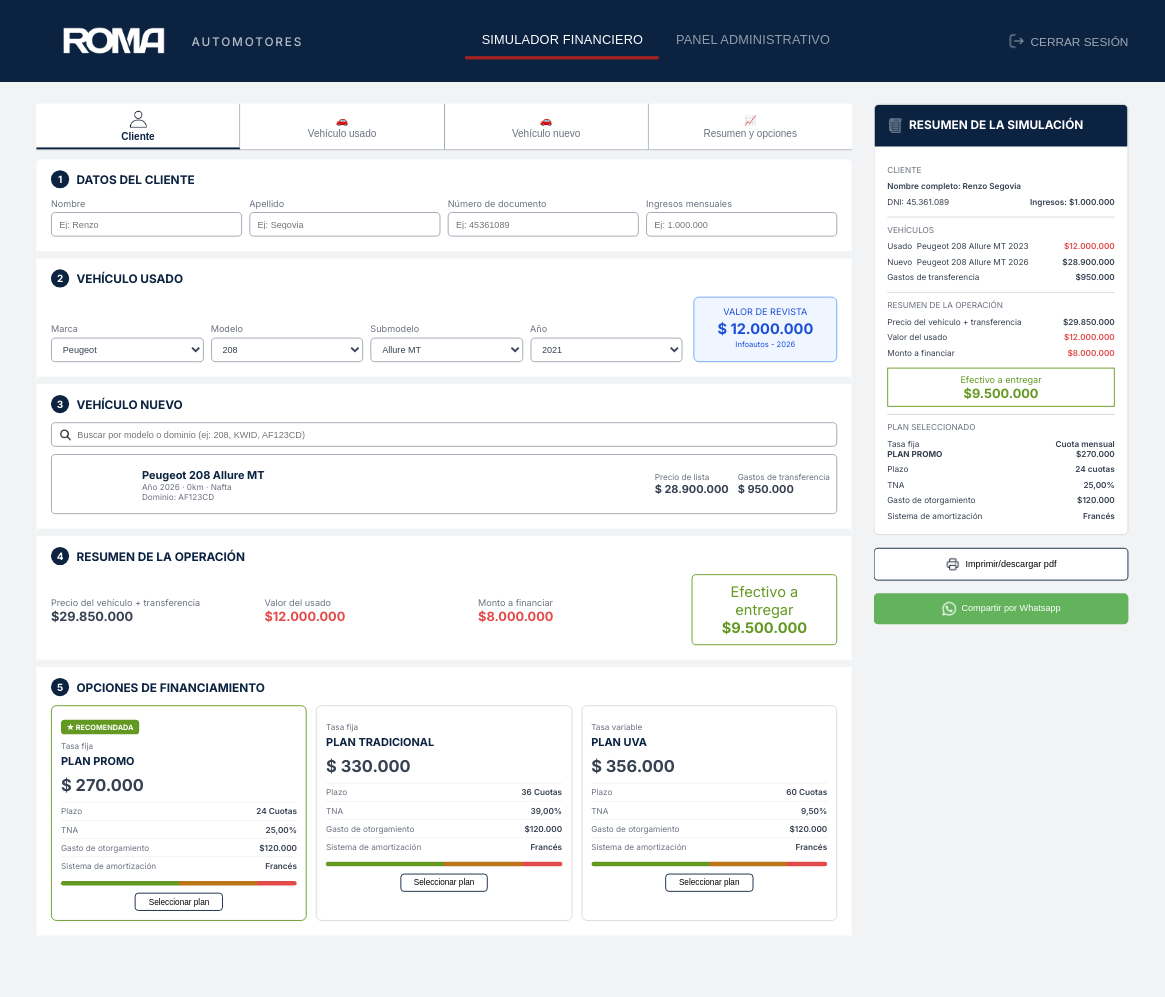
Repository: PPIII-9-012/Roma-System
Page: public/index.html
These files come from the project's save history. The page is drawn as it stood at one moment and after the next save; the edit follows.
The browser window is 1280 px wide. The pictures show the whole page, at 91% of full size.
The pointer rests on the first visible `.navbar-link.active`.

Above is the page before, as saved 2026-08-22 16:49:35.

### public/index.html
<!DOCTYPE html>
<html lang="es">
<head>
    <meta charset="UTF-8">
    <meta name="viewport" content="width=device-width, initial-scale=1.0">
    <title>Simulador Financiero — Roma Automotores</title>
    <link rel="preconnect" href="https://fonts.googleapis.com">
    <link href="https://fonts.googleapis.com/css2?family=Inter:wght@400;500;600;700&display=swap" rel="stylesheet">
    <style>
        * {
            box-sizing: border-box;
            margin: 0;
            padding: 0;
        }
        body {
            font-family: 'Inter', system-ui, sans-serif;
        }
        .navbar {
            height: 90px;
            background: #0B2341;
            color: #FFFFFF;
            display: flex;
            align-items: center;
            justify-content: space-between;
            padding: 0 40px;
            position: sticky;
            top: 0;
            z-index: 50;
        }
        .navbar-left,
        .navbar-links,
        .navbar-logout {
            display: flex;
            align-items: center;
        }
        .navbar-left {
            gap: 14px;
        }
        .navbar-links {
            gap: 36px;
        }
        .navbar-logo {
            width: auto;
            height: 70px;
            display: block;
        }
        .navbar-brand {
            font-size: 13px;
            opacity: .7;
            letter-spacing: 2px;
            font-weight: 500;
        }
        .navbar-brand,
        .navbar-link,
        .navbar-logout {
            color: #FFFFFF;
        }
        .navbar-link {
            font-size: 14px;
            opacity: .55;
            text-decoration: none;
            padding-bottom: 4px;
            letter-spacing: .2px;
            transition: opacity .15s;
            position: relative;
        }
        .navbar-link:hover {
            opacity: .85;
        }
        .navbar-link.active {
            opacity: 1;
            transition: all 0.3s ease;
        }
        .navbar-link.active::after {
            content: "";
            position: absolute;
            left: 0;
            right: 0;
            bottom: -10px;
            height: 3px;
            background: #a52222;
            transform: scale(1.2)
        }
        .navbar-link.active:hover::after {
            transform: scale(1.2);
        }
        .navbar-logout {
            font-size: 13px;
            opacity: .6;
        }
        .navbar-logout:hover {
            opacity: 1;
        }
        .navbar-link,
        .navbar-logout {
            background: transparent;
            border: 0;
            cursor: pointer;
        }
        .navbar-logout {
            gap: 6px;
        }
        .logout-logo {
            width: auto;
            height: 18px;
            display: block;
        }
        body {
            background: #F1F3F4;
            color: #374151;
        }
        .app {
            display: flex;
            max-width: 1440px;
            margin: 0 auto;
            align-items: flex-start;
        }
        .main-col {
            flex: 1;
            min-width: 0;
            padding: 24px 24px 60px 40px;
        }
        .side-col {
            width: 320px;
            flex-shrink: 0;
            padding: 24px 40px 60px 0;
            position: sticky;
            top: 90px;
        }
        .progress-tabs {
            background: #FFFFFF;
            display: flex;
            border-bottom: 1px solid #9CA3AF;
            margin-bottom: 10px;
        }
        .progress-tab {
            flex: 1;
            min-width: 0;
            min-height: 50px;
            display: flex;
            flex-direction: column;
            align-items: center;
            justify-content: center;
            gap: 2px;
            padding: 5px 8px;
            background: #FFFFFF;
            border: 0;
            border-right: 1px solid #9CA3AF;
            color: #6B7280;
            cursor: pointer;
            font-size: 11px;
        }
        .progress-tab:last-child { border-right: 0; }
        .progress-tab.active { color: #0B2341; font-weight: 600; border-bottom: 2px solid #0B2341; }
        .progress-tab img { height: 22px; width: auto; }
        .form-card, .summary-card {
            background: #FFFFFF;
            border-radius: 6px;
            overflow: hidden;
        }
        .form-section {
            padding: 12px 16px 16px;
            border-bottom: 8px solid #F1F3F4;
        }
        .form-section-head {
            display: flex;
            align-items: center;
            gap: 8px;
            margin-bottom: 10px;
        }
        .form-section-num {
            width: 20px;
            height: 20px;
            border-radius: 50%;
            background: #0B2341;
            color: #FFFFFF;
            display: grid;
            place-items: center;
            font-size: 11px;
            font-weight: 700;
        }
        .form-section-title { color: #0B2341; font-size: 13px; font-weight: 700; }
        .field-row, .used-fields { display: grid; grid-template-columns: repeat(4, minmax(0, 1fr)); gap: 8px; }
        .field { display: flex; flex-direction: column; gap: 4px; min-width: 0; }
        .field label { font-size: 10px; color: #6B7280; }
        .field input, .field select, .search-input {
            width: 100%;
            height: 27px;
            padding: 4px 8px;
            border: 1px solid #9CA3AF;
            border-radius: 5px;
            background: #FFFFFF;
            color: #374151;
            font-size: 10px;
        }
        .search-input {
            padding-left: 28px;
            background-image: url('buscar.png');
            background-repeat: no-repeat;
            background-position: 8px center;
            background-size: 14px 14px;
        }
        .used-layout { display: grid; grid-template-columns: 1fr 158px; gap: 12px; align-items: end; }
        .infoauto-box { background: #EFF6FF; border: 1px solid #70A5F8; border-radius: 6px; min-height: 72px; padding: 9px; text-align: center; color: #1D4ED8; font-size: 10px; }
        .infoauto-value { display: block; font-size: 16px; font-weight: 700; margin-top: 3px; }
        .search-wrap { position: relative; margin-bottom: 8px; }
        .new-car-card { display: grid; grid-template-columns: 82px 1fr auto auto; gap: 10px; align-items: center; border: 1px solid #9CA3AF; border-radius: 5px; padding: 7px; }
        .car-photo { width: 82px; height: 50px; object-fit: contain; }
        .car-name { font-size: 12px; font-weight: 700; color: #0B2341; }
        .car-meta, .price-label { font-size: 9px; color: #6B7280; }
        .price-value { font-size: 12px; font-weight: 700; color: #374151; }
        .op-grid { display: grid; grid-template-columns: repeat(3, 1fr) 160px; gap: 12px; align-items: center; }
        .op-label { font-size: 10px; color: #6B7280; }
        .op-value { font-size: 14px; font-weight: 700; }
        .negative { color: #E24B4A; }
        .cash-box { border: 1px solid #639922; border-radius: 5px; padding: 8px; text-align: center; color: #639922; }
        .cash-box strong { display: block; font-size: 16px; }
        .plans-grid { display: grid; grid-template-columns: repeat(3, 1fr); gap: 10px; }
        .plan-card { border: 1px solid #D9D9D9; border-radius: 6px; padding: 10px; min-width: 0; }
        .plan-card:first-child { border-color: #639922; transition: transform 0.3s ease, filter 0.4s ease; }
        .plan-badge { display: inline-block; background: #639922; color: #FFFFFF; border-radius: 4px; padding: 3px 6px; font-size: 8px; font-weight: 700; }
        .plan-type { color: #6B7280; font-size: 9px; margin-top: 7px; }
        .plan-name { color: #0B2341; font-size: 12px; font-weight: 700; margin: 4px 0 8px; }
        .plan-price { color: #374151; font-size: 18px; font-weight: 700; margin-bottom: 8px; }
        .plan-row { display: flex; justify-content: space-between; border-top: 1px solid #F1F3F4; padding: 4px 0; font-size: 9px; }
        .plan-row span:first-child { color: #6B7280; }
        .plan-row span:last-child { font-weight: 600; }
        .rci { height: 5px; margin: 7px 0 3px; background: linear-gradient(to right, #639922 50%, #BA7517 50% 83%, #E24B4A 83%); border-radius: 4px; }
        .plan-button { display: block; margin: 8px auto 0; padding: 4px 14px; border: 1px solid #0B2341; background: #FFFFFF; border-radius: 4px; font-size: 9px; }
        .summary-card { border: 1px solid #D9D9D9; }
        .summary-head { background: #0B2341; color: #FFFFFF; padding: 14px; font-size: 13px; font-weight: 700; }
        .summary-logo {
            width: auto;
            height: 18px;
            vertical-align: middle;
            margin-right: 6px;
        }
        .summary-body { padding: 12px 14px; }
        .summary-title { color: #6B7280; font-size: 9px; text-transform: uppercase; margin: 8px 0 4px; }
        .summary-row { display: flex; justify-content: space-between; gap: 8px; padding: 3px 0; font-size: 9px; }
        .summary-row span:last-child { font-weight: 600; text-align: right; }
        .summary-divider { border: 0; border-top: 1px solid #D9D9D9; margin: 8px 0; }
        .summary-cash { border: 1px solid #639922; color: #639922; text-align: center; padding: 6px; margin-top: 8px; font-size: 10px; }
        .summary-cash strong { display: block; font-size: 14px; }
        .side-action { width: 100%; margin-top: 14px; padding: 9px; border: 1px solid #0B2341; border-radius: 5px; background: #FFFFFF; font-size: 10px; transition: transform 0.3s ease, filter 0.4s ease; }
        .print-logo {
            width: auto;
            height: 16px;
            vertical-align: middle;
            margin-right: 6px;
        }
        .side-action:hover {
            transition: width 0.3s ease;
            transform: scale(1.1);
            filter: brightness(0.9);
        }
        .whatsapp-logo {
            width: auto;
            height: 16px;
            vertical-align: middle;
            margin-right: 6px;
        }
        .side-action.whatsapp { background: #63B35C; color: #FFFFFF; border: 0; }
        .cliente-logo {
            width: auto;
            height: 20px;
            display: block;
        }
        .plan-card:hover {
            transform: scale(1.2);
        }
        @media (max-width: 900px) {
            .navbar {
                height: auto;
                min-height: 90px;
                flex-wrap: wrap;
                gap: 14px 20px;
                padding: 14px 24px;
            }
            .navbar-links {
                order: 3;
                width: 100%;
                justify-content: center;
            }
            .navbar-link.active {
                padding-bottom: 4px;
            }
            .navbar-link.active::after {
                bottom: -4px;
            }
            .app { flex-direction: column; }
            .main-col, .side-col { width: 100%; padding: 16px 24px 24px; }
            .side-col { position: static; }
        }
        @media (max-width: 560px) {
            .navbar {
                align-items: center;
                padding: 12px 16px;
            }
            .navbar-logo {
                height: 50px;
            }
            .navbar-brand {
                font-size: 11px;
                letter-spacing: 1px;
            }
            .navbar-links {
                gap: 12px;
            }
            .navbar-link {
                font-size: 11px;
                letter-spacing: 0;
                text-align: center;
            }
            .navbar-logout {
                font-size: 11px;
            }
            .logout-logo {
                height: 16px;
            }
            .main-col, .side-col { padding: 12px 16px 20px; }
            .field-row, .used-fields, .plans-grid { grid-template-columns: 1fr; }
            .used-layout, .op-grid { grid-template-columns: 1fr; }
            .new-car-card { grid-template-columns: 64px 1fr; }
            .car-photo { width: 64px; }
        }

</style>
</head>
<body>
<div class="navbar">
    <div class="navbar-left">
        <img class="navbar-logo" src="logotiporoma.png" alt="Roma">
        <span class="navbar-brand">AUTOMOTORES</span>
    </div>
    <div class="navbar-links">
        <button class="navbar-link active" type="button">SIMULADOR FINANCIERO</button>
        <button class="navbar-link" type="button" id="panelAdmimBtn">PANEL ADMINISTRATIVO</button>
    </div>
    <button class="navbar-logout" type="button" id="logoutBtn">
        <img class="logout-logo" src="cerrarsesion.png" alt="">
        <span>CERRAR SESIÓN</span>
    </button>
</div>

<div class="app">
    <div class="main-col">
        <div class="progress-tabs">
            <button class="progress-tab active" data-target="sec-cliente"><img src="cliente.png" alt=""><span>Cliente</span></button>
            <button class="progress-tab" data-target="sec-usado"><span>🚗</span><span>Vehículo usado</span></button>
            <button class="progress-tab" data-target="sec-nuevo"><span>🚗</span><span>Vehículo nuevo</span></button>
            <button class="progress-tab" data-target="sec-opciones"><span>📈</span><span>Resumen y opciones</span></button>
        </div>
        <div class="form-card">
            <section class="form-section" id="sec-cliente">
                <div class="form-section-head"><span class="form-section-num">1</span><span class="form-section-title">DATOS DEL CLIENTE</span></div>
                <div class="field-row">
                    <div class="field"><label>Nombre</label><input placeholder="Ej: Renzo"></div>
                    <div class="field"><label>Apellido</label><input placeholder="Ej: Segovia"></div>
                    <div class="field"><label>Número de documento</label><input placeholder="Ej: 45361089"></div>
                    <div class="field"><label>Ingresos mensuales</label><input placeholder="Ej: 1.000.000"></div>
                </div>
            </section>
            <section class="form-section" id="sec-usado">
                <div class="form-section-head"><span class="form-section-num">2</span><span class="form-section-title">VEHÍCULO USADO</span></div>
                <div class="used-layout">
                    <div class="used-fields">
                        <div class="field"><label>Marca</label><select><option>Peugeot</option></select></div>
                        <div class="field"><label>Modelo</label><select><option>208</option></select></div>
                        <div class="field"><label>Submodelo</label><select><option>Allure MT</option></select></div>
                        <div class="field"><label>Año</label><select><option>2021</option></select></div>
                    </div>
                    <div class="infoauto-box">VALOR DE REVISTA<strong class="infoauto-value">$ 12.000.000</strong><small>Infoautos - 2026</small></div>
                </div>
            </section>
            <section class="form-section" id="sec-nuevo">
                <div class="form-section-head"><span class="form-section-num">3</span><span class="form-section-title">VEHÍCULO NUEVO</span></div>
                <div class="search-wrap"><input class="search-input" placeholder="Buscar por modelo o dominio (ej: 208, KWID, AF123CD)"></div>
                <div class="new-car-card">
                    <img class="car-photo" src="logotiporoma.png" alt="Vehículo">
                    <div><div class="car-name">Peugeot 208 Allure MT</div><div class="car-meta">Año 2026 · 0km · Nafta<br>Dominio: AF123CD</div></div>
                    <div><div class="price-label">Precio de lista</div><div class="price-value">$ 28.900.000</div></div>
                    <div><div class="price-label">Gastos de transferencia</div><div class="price-value">$ 950.000</div></div>
                </div>
            </section>
            <section class="form-section" id="sec-opciones">
                <div class="form-section-head"><span class="form-section-num">4</span><span class="form-section-title">RESUMEN DE LA OPERACIÓN</span></div>
                <div class="op-grid">
                    <div><div class="op-label">Precio del vehículo + transferencia</div><div class="op-value">$29.850.000</div></div>
                    <div><div class="op-label">Valor del usado</div><div class="op-value negative">$12.000.000</div></div>
                    <div><div class="op-label">Monto a financiar</div><div class="op-value negative">$8.000.000</div></div>
                    <div class="cash-box">Efectivo a entregar<strong>$9.500.000</strong></div>
                </div>
            </section>
            <section class="form-section">
                <div class="form-section-head"><span class="form-section-num">5</span><span class="form-section-title">OPCIONES DE FINANCIAMIENTO</span></div>
                <div class="plans-grid">
                    <div class="plan-card"><span class="plan-badge">★ RECOMENDADA</span><div class="plan-type">Tasa fija</div><div class="plan-name">PLAN PROMO</div><div class="plan-price">$ 270.000</div><div class="plan-row"><span>Plazo</span><span>24 Cuotas</span></div><div class="plan-row"><span>TNA</span><span>25,00%</span></div><div class="plan-row"><span>Gasto de otorgamiento</span><span>$120.000</span></div><div class="plan-row"><span>Sistema de amortización</span><span>Francés</span></div><div class="rci"></div><button class="plan-button">Seleccionar plan</button></div>
                    <div class="plan-card"><div class="plan-type">Tasa fija</div><div class="plan-name">PLAN TRADICIONAL</div><div class="plan-price">$ 330.000</div><div class="plan-row"><span>Plazo</span><span>36 Cuotas</span></div><div class="plan-row"><span>TNA</span><span>39,00%</span></div><div class="plan-row"><span>Gasto de otorgamiento</span><span>$120.000</span></div><div class="plan-row"><span>Sistema de amortización</span><span>Francés</span></div><div class="rci"></div><button class="plan-button">Seleccionar plan</button></div>
                    <div class="plan-card"><div class="plan-type">Tasa variable</div><div class="plan-name">PLAN UVA</div><div class="plan-price">$ 356.000</div><div class="plan-row"><span>Plazo</span><span>60 Cuotas</span></div><div class="plan-row"><span>TNA</span><span>9,50%</span></div><div class="plan-row"><span>Gasto de otorgamiento</span><span>$120.000</span></div><div class="plan-row"><span>Sistema de amortización</span><span>Francés</span></div><div class="rci"></div><button class="plan-button">Seleccionar plan</button></div>
                </div>
            </section>
        </div>
    </div>
    <aside class="side-col">
        <div class="summary-card"><div class="summary-head"><img class="summary-logo" src="resumen.png" alt="">RESUMEN DE LA SIMULACIÓN</div><div class="summary-body">
            <div class="summary-title">Cliente</div><div class="summary-row"><span>Nombre completo: Renzo Segovia</span></div><div class="summary-row"><span>DNI: 45.361.089</span><span>Ingresos: $1.000.000</span></div><hr class="summary-divider">
            <div class="summary-title">Vehículos</div><div class="summary-row"><span>Usado&nbsp; Peugeot 208 Allure MT 2023</span><span class="negative">$12.000.000</span></div><div class="summary-row"><span>Nuevo&nbsp; Peugeot 208 Allure MT 2026</span><span>$28.900.000</span></div><div class="summary-row"><span>Gastos de transferencia</span><span>$950.000</span></div><hr class="summary-divider">
            <div class="summary-title">Resumen de la operación</div><div class="summary-row"><span>Precio del vehículo + transferencia</span><span>$29.850.000</span></div><div class="summary-row"><span>Valor del usado</span><span class="negative">$12.000.000</span></div><div class="summary-row"><span>Monto a financiar</span><span class="negative">$8.000.000</span></div><div class="summary-cash">Efectivo a entregar<strong>$9.500.000</strong></div><hr class="summary-divider">
            <div class="summary-title">Plan seleccionado</div><div class="summary-row"><span>Tasa fija<br><b>PLAN PROMO</b></span><span>Cuota mensual<br>$270.000</span></div><div class="summary-row"><span>Plazo</span><span>24 cuotas</span></div><div class="summary-row"><span>TNA</span><span>25,00%</span></div><div class="summary-row"><span>Gasto de otorgamiento</span><span>$120.000</span></div><div class="summary-row"><span>Sistema de amortización</span><span>Francés</span></div>
        </div></div>
        <button class="side-action"><img class="print-logo" src="imprimir.png" alt="">Imprimir/descargar pdf</button><button class="side-action whatsapp"><img class="whatsapp-logo" src="whatsapp.png" alt="">Compartir por Whatsapp</button>
    </aside>
</div>

</body>
</html>

After the next save:
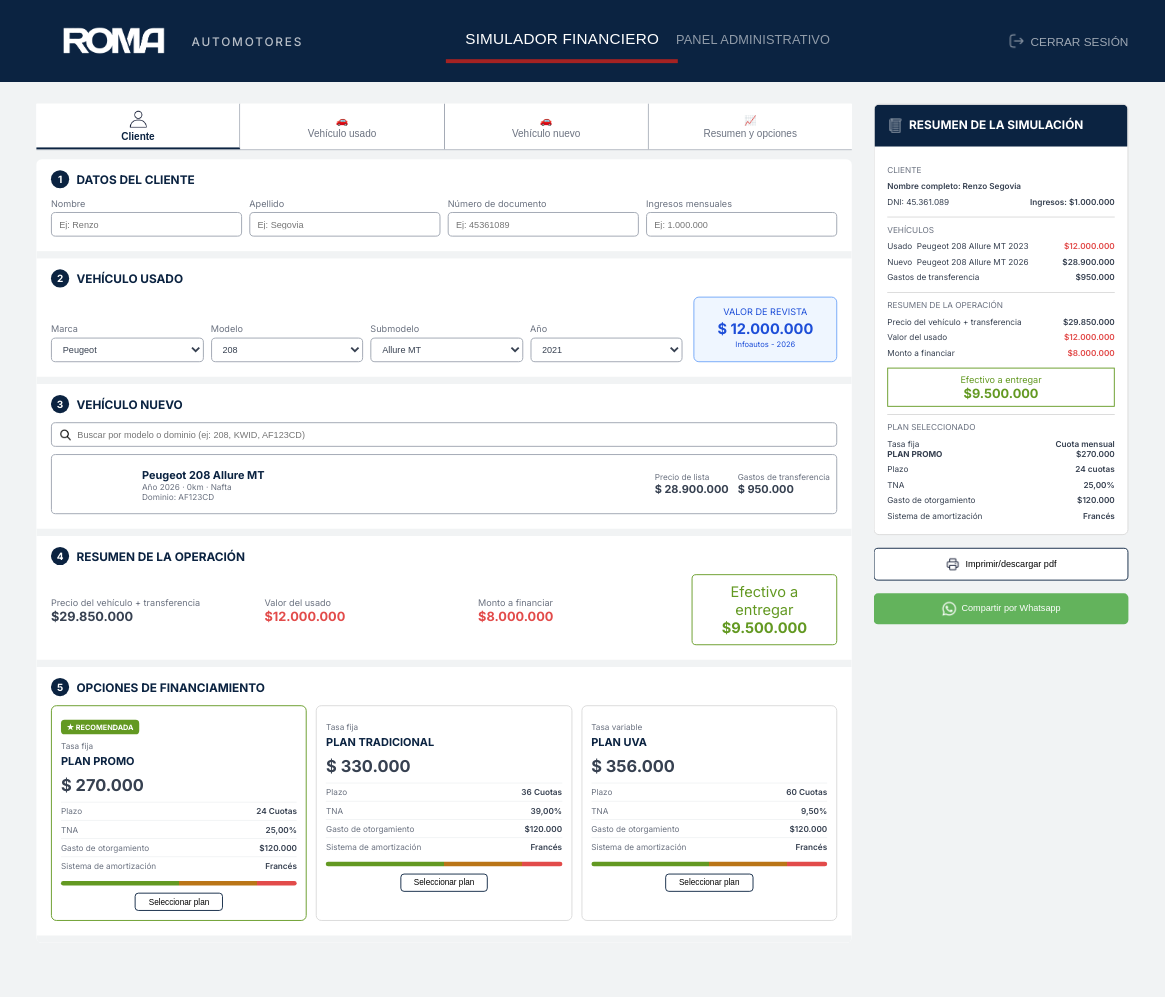
Saved 59 s later.
--- a/public/index.html
+++ b/public/index.html
@@ -81,7 +81,7 @@
             background: #a52222;
             transform: scale(1.2)
         }
-        .navbar-link.active:hover::after {
+        .navbar-link.active:hover {
             transform: scale(1.2);
         }
         .navbar-logout {
